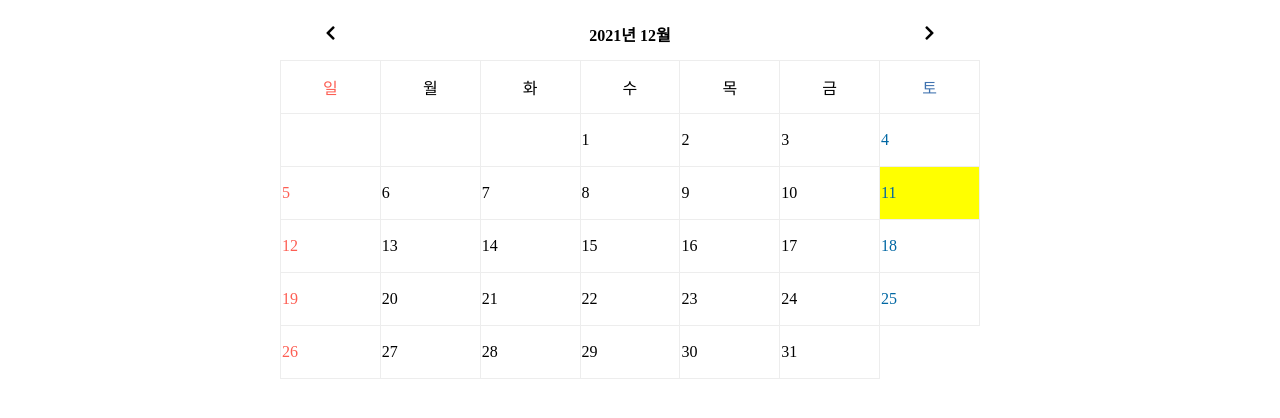
Repository: shin-sj/Checkkeu
Page: http://localhost/test2/WEB-INF/user/calendar.jsp
An editor plug-in stored every save of this project. The page is shown before and after a run of saves, followed by the edit.
The browser window is 1280 px wide. The pictures show the whole page.
Some web libraries are served in a nearby version. The page is served by Tomcat 9. Nobody is signed in. The template is opened directly, without the code that normally fills it, so the values that code supplies are empty.

Above is the page before, as saved 2021-12-15 16:38:08.

After the next 2 saves:
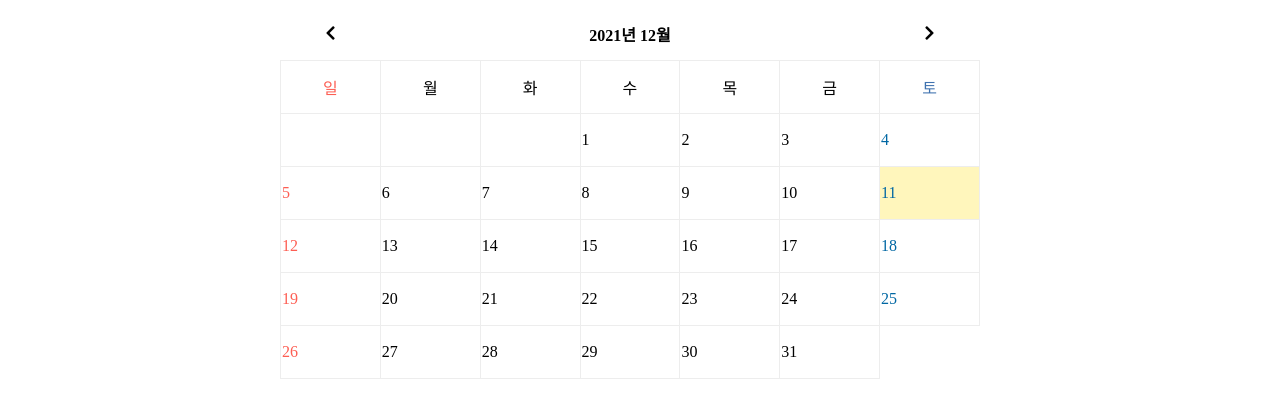
The 2 saves are shown as one change because they came seconds apart.
The last was saved 13 s later.
--- a/test2/src/main/webapp/WEB-INF/user/calendar.jsp
+++ b/test2/src/main/webapp/WEB-INF/user/calendar.jsp
@@ -162,7 +162,7 @@
 			          if (today.getFullYear() == date.getFullYear()
 			             && today.getMonth() == date.getMonth()
 			             && i == date.getDate()) {
-			            cell.bgColor = "#ffff00";
+			            cell.bgColor = "#fff6bc";
 			           }
 					 continue;
 					}
@@ -189,7 +189,7 @@
 	          if (today.getFullYear() == date.getFullYear()
 	             && today.getMonth() == date.getMonth()
 	             && i == date.getDate()) {
-	            cell.bgColor = "#ffff00";
+	            cell.bgColor = "#fff6bc";
 
 	           }
 
